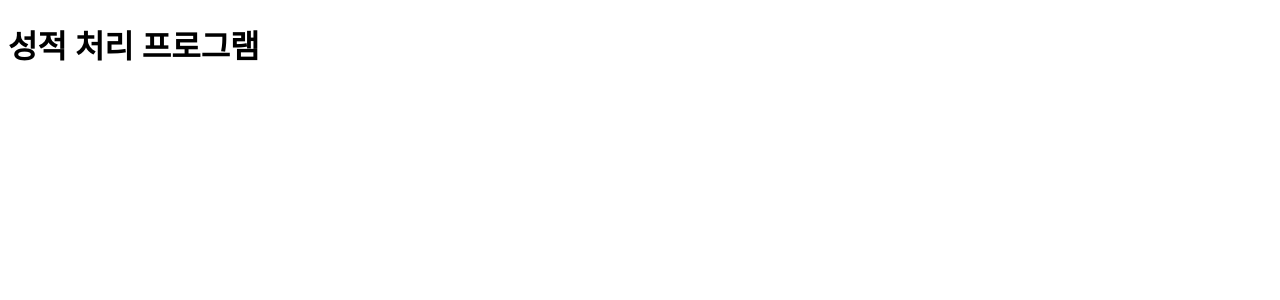
Repository: leedh909/Academy-web-
Page: 실습자료/eclipse-servlet/Jsp10_Ajax01/WebContent/student.html
An editor plug-in stored every save of this project. The page is shown before and after the next save, followed by the edit.
The browser window is 1280 px wide. The pictures show the whole page.

Above is the page before, as saved 2020-07-09 00:16:47.

### 실습자료/eclipse-servlet/Jsp10_Ajax01/WebContent/student.html
<!DOCTYPE html>
<html>
<head>
<meta charset="UTF-8">
<title>Insert title here</title>
<script type="text/javascript" src="https://code.jquery.com/jquery-3.5.1.min.js"></script>
<script type="text/javascript">
	/*
		JSON(JavaScript Object Notation): 데이터 형식 중 하나
		{name:value, name:value}
	*/

</script>
</head>
<body>
	<h1>성적 처리 프로그램</h1>




</body>
</html>

After the next save:
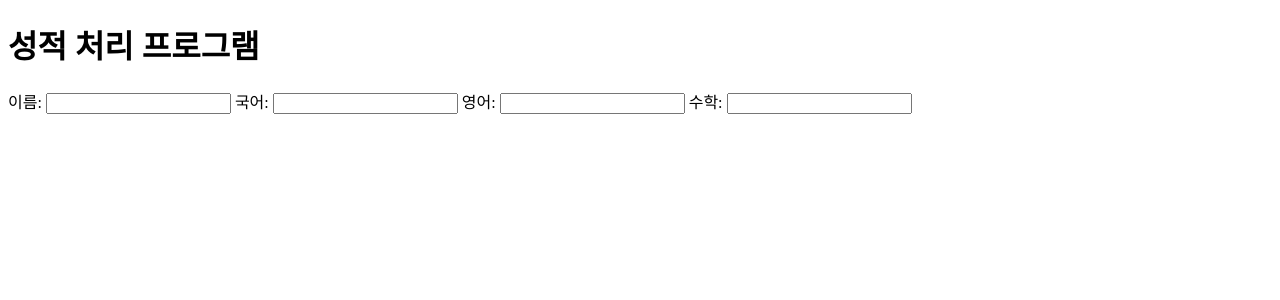
Saved 76 s later.
--- a/실습자료/eclipse-servlet/Jsp10_Ajax01/WebContent/student.html
+++ b/실습자료/eclipse-servlet/Jsp10_Ajax01/WebContent/student.html
@@ -14,7 +14,10 @@
 </head>
 <body>
 	<h1>성적 처리 프로그램</h1>
-
+	이름: <input>
+	국어: <input>
+	영어: <input>
+	수학: <input>
 
 
 
